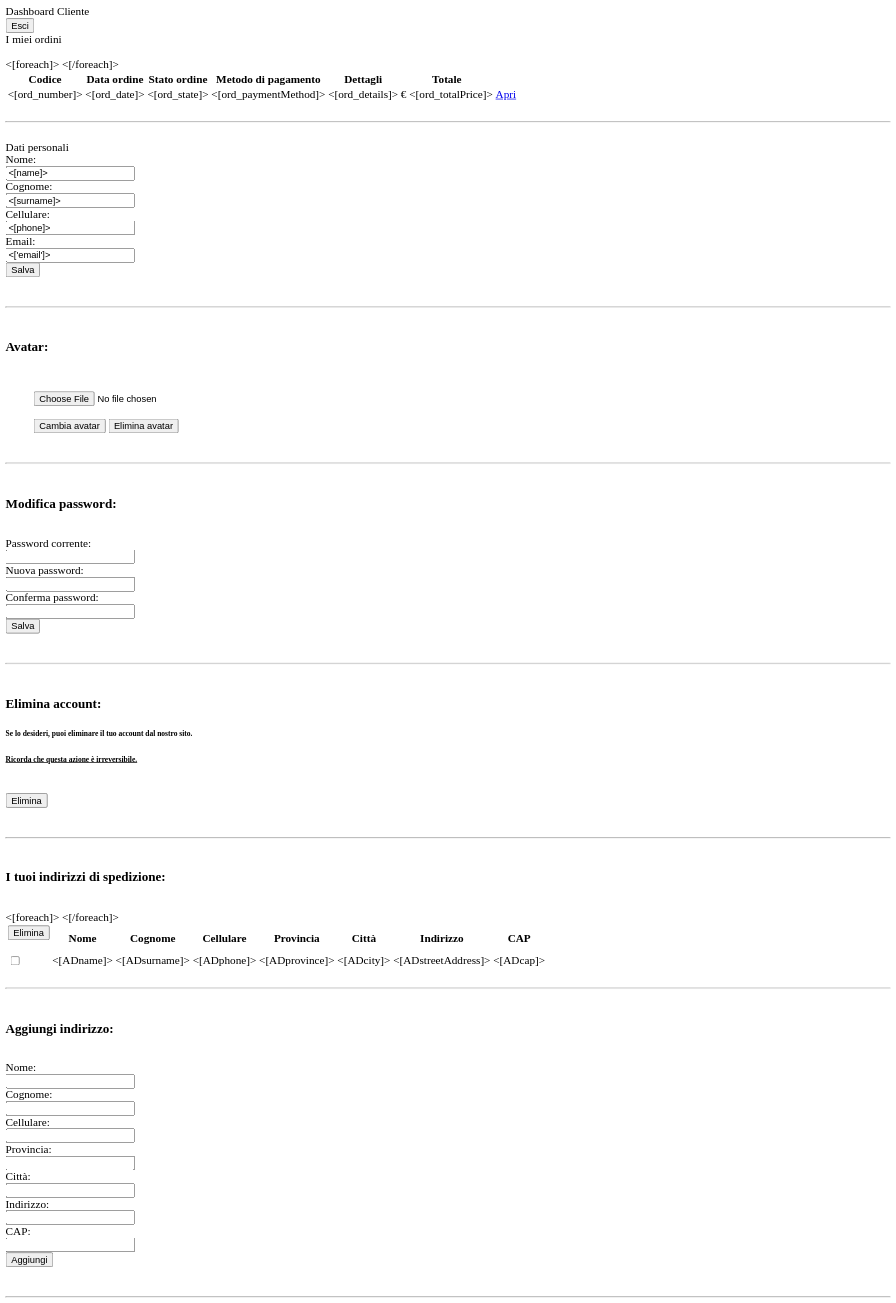
Repository: i4c0ni99/MotorShop
Page: skins/motor-html-package/motor/profile.html
An editor plug-in stored every save of this project. The page is shown before and after a run of saves, followed by the edit.
The browser window is 1280 px wide. The pictures show the whole page, at 70% of full size.

Above is the page before, as saved 2024-09-29 16:18:37.

### skins/motor-html-package/motor/profile.html
<div class="mv-site">
    <section class="main-banner mv-wrap">
        <section data-image-src="images/background/demo_bg_1920x1680.png" class="mv-banner-style-1 mv-bg-overlay-dark overlay-0-85 mv-parallax">
            <div class="page-name mv-caption-style-6">
                <div class="container">
                    <div class="mv-title-style-9"><span class="main">Dashboard Cliente</span></div>
                </div>
            </div>
        </section>
    </section>
    <!-- .main-banner -->

    <section class="mv-main-body checkout-main mv-bg-gray mv-wrap">
        <div class="container">

            <button class = .mv-btn-style-1.responsive-btn-1-type-5 action = "logout.php"> Esci </button>

            <div class="checkout-block block-billing-address mv-mb-50">
                <div class="mv-form-style-2 mv-box-shadow-gray-1">
                    <div class="row">
                        <div class="col-sm-12 col-billing-address">
                            <div class="form-header">
                                <div class="mv-title-style-13">
                            <div class="text-main">I miei ordini</div>
                            </div>
                            </div>
<br>
<div class="table-responsive table-desi">
    <table class="all-package coupon-table table table-striped">
        <thead>
            <tr>
                <th>Codice</th>
                <th>Data ordine</th>
                <th>Stato ordine</th>
                <th>Metodo di pagamento</th>
                <th>Dettagli</th>
                <th>Totale</th>
                <th></th>
            </tr>
        </thead>
        <tbody>
            <[foreach]>
                <tr>
                    <td><[ord_number]></td>
                    <td><[ord_date]></td>
                    <td><[ord_state]></td>
                    <td><[ord_paymentMethod]></td>
                    <td><[ord_details]></td>
                    <td>€ <[ord_totalPrice]></td>
                    <td><a href="/MotorShop/my-orders.php?id=<[ord_id]>" class="btn btn-primary">Apri</a></td>
                </tr>
            <[/foreach]>
        </tbody>
    </table>
</div>
<br>
<hr>
<br>
                            <form class="needs-validation edit-details-form" novalidate method="post" action="/MotorShop/editCustomerProfile.php">
                                <div class="form-header">
                                    <div class="mv-title-style-13">
                                        <div class="text-main">Dati personali</div>
                                    </div>
                                </div>
                                <!-- .form-header -->
                                <div class="form">
                                    <div class="form-group mb-3 row">
                                        <label for="name" class="col-xl-3 col-sm-4 mb-0">Nome:</label>
                                        <div class="col-xl-8 col-sm-7">
                                            <input type="text" id="name" name="name" minlength="2" value="<[name]>" placeholder="<[name]>" required="true">
                                        </div>
                                    </div>
                                    <div class="form-group mb-3 row">
                                        <label for="surname" class="col-xl-3 col-sm-4 mb-0">Cognome:</label>
                                        <div class="col-xl-8 col-sm-7">
                                            <input type="text" id="surname" name="surname" minlength="2" value="<[surname]>" placeholder="<[surname]>" required="true">
                                        </div>
                                    </div>
                                    <div class="form-group mb-3 row">
                                        <label for="phone" class="col-xl-3 col-sm-4 mb-0">Cellulare:</label>
                                        <div class="col-xl-8 col-sm-7">
                                            <input type="text" id="phone" name="phone" pattern="[3]{1}[0-9]{9}" minlength="10" value="<[phone]>" placeholder="<[phone]>"" required="true">
                                        </div>
                                    </div>
                                    <div class="form-group mb-3 row">
                                        <label for="email" class="col-xl-3 col-sm-4 mb-0">Email:</label>
                                        <div class="col-xl-8 col-sm-7">
                                            <input type="text" id="email" name="email" minlength="6" value="<['email']>" placeholder="<[email]>" required readonly>
                                        </div>
                                    </div>
                                    <div class="offset-xl-3 offset-sm-4 mt-4">
                                        <input type="submit" value="Salva" name="edit-details-button" class="btn btn-primary">
                                    </div>
                                </div>
                                <!-- .form-body -->
                            </form>
                            <br>
                            <hr>
                            <br>
                            <h3><b>Avatar:</b></h3>
                            <br>
                            <form class="needs-validation add-avatar-form" novalidate method="post" action="/MotorShop/editCustomerProfile.php" enctype="multipart/form-data">
                                <div class="row product-adding">
                                    <div class="add-product">
                                        <div class="row">
                                            <div class="col-xl-3 xl-50 col-sm-6 col-3">
                                                <ul class="file-upload-product">
                                                    <div class="box-input-file">
                                                        <input class="upload" type="file" name="avatar">
                                                        <i class="fa fa-plus"></i>
                                                    </div>
                                                    <br>
                                                    <input type="submit" value="Cambia avatar" name="edit-avatar-button" class="btn btn-primary">
                                                    <input type="submit" value="Elimina avatar" name="delete-avatar-button" class="btn btn-primary">
                                                </ul>
                                            </div>
                                        </div>
                                    </div>
                                </div>
                            </form>
                            <br>
                            <hr>
                            <br>
                            <h3><b>Modifica password:</b></h3>
                            <br>
                            <form class="needs-validation add-product-form" novalidate method="post" action="/MotorShop/editCustomerProfile.php">
                                <div class="form">
                                    <div class="form-group mb-3 row">
                                        <label for="currentpassword" class="col-xl-3 col-sm-4 mb-0">Password corrente:</label>
                                        <div class="col-xl-8 col-sm-7">
                                            <input class="form-control" id="currentpassword" type="password" name="currentpassword" required>
                                        </div>
                                    </div>
                                    <div class="form-group mb-3 row">
                                        <label for="newpassword" class="col-xl-3 col-sm-4 mb-0">Nuova password:</label>
                                        <div class="col-xl-8 col-sm-7">
                                            <input type="password" id="newpassword" pattern="(?=.*\d)(?=.*[\W_]).{7,}" minlength="7" name="newpassword" required>
                                        </div>
                                    </div>
                                    <div class="form-group mb-3 row">
                                        <label for="confirmpassword" class="col-xl-3 col-sm-4 mb-0">Conferma password:</label>
                                        <div class="col-xl-8 col-sm-7">
                                            <input type="password" id="confirmpassword" pattern="(?=.*\d)(?=.*[\W_]).{7,}" minlength="7" name="confirmpassword" required>
                                        </div>
                                    </div>
                                    <div class="offset-xl-3 offset-sm-4 mt-4">
                                        <input type="submit" value="Salva" name="change-pass-button" class="btn btn-primary">
                                    </div>
                                </div>
                            </form>
                            <br>
                            <hr>
                            <br>
                            <h3><b>Elimina account:</b></h3>
                            <h6>Se lo desideri, puoi eliminare il tuo account dal nostro sito.</h6>
                            <h6><u><b>Ricorda che questa azione è irreversibile.</b></u></h6>
                            <br>
                            <form class="needs-validation add-product-form" novalidate method="post" action="/MotorShop/editCustomerProfile.php">
                                <input type="submit" value="Elimina" name="delete-account-button" class="btn btn-primary">
                            </form>
                            <br>
                            <hr>
                            <br>
                            <h3><b>I tuoi indirizzi di spedizione:</b></h3>
                            <br>
                            <div class="table-responsive table-desi">
                                <table class="all-package coupon-table table table-striped">
                                    <thead>
                                        <tr>
                                            <th>
                                                <form class="needs-validation delete-address-form" novalidate method="post" action="/MotorShop/editCustomerProfile.php">
                                                    <input type="submit" class="btn btn-primary add-row delete_all" name="delete-address-button" value="Elimina">
                                                </form>
                                            </th>
                                            <th>Nome</th>
                                            <th>Cognome</th>
                                            <th>Cellulare</th>
                                            <th>Provincia</th>
                                            <th>Città</th>
                                            <th>Indirizzo</th>
                                            <th>CAP</th>
                                        </tr>
                                    </thead>
                                    <tbody>
                                        <[foreach]>
                                            <tr data-row-id="<['id']>">
                                                <td>
                                                    <input class="checkbox_animated check-it" type="checkbox" name="check" value="<['id']>" id="flexCheckDefault" data-id="1">
                                                </td>
                                                <td><[ADname]></td>
                                                <td><[ADsurname]></td>
                                                <td><[ADphone]></td>
                                                <td><[ADprovince]></td>
                                                <td><[ADcity]></td>
                                                <td><[ADstreetAddress]></td>
                                                <td><[ADcap]></td>
                                            </tr>
                                        <[/foreach]>
                                    </tbody>
                                </table>
                            </div>
                            <br>
                            <hr>
                            <br>
                            <h3><b>Aggiungi indirizzo:</b></h3>
                            <br>
                            <form class="needs-validation add-product-form" novalidate method="post" action="/MotorShop/editCustomerProfile.php">
                                <div class="form">
                                    <div class="form-group mb-3 row">
                                        <label for="name" class="col-xl-3 col-sm-4 mb-0">Nome:</label>
                                        <div class="col-xl-8 col-sm-7">
                                            <input type="text" id="name" name="name" minlength="2" required="true">
                                        </div>
                                    </div>
                                    <div class="form-group mb-3 row">
                                        <label for="surname" class="col-xl-3 col-sm-4 mb-0">Cognome:</label>
                                        <div class="col-xl-8 col-sm-7">
                                            <input type="text" id="surname" name="surname" minlength="2" required="true">
                                        </div>
                                    </div>
                                    <div class="form-group mb-3 row">
                                        <label for="phone" class="col-xl-3 col-sm-4 mb-0">Cellulare:</label>
                                        <div class="col-xl-8 col-sm-7">
                                            <input type="text" id="phone" name="phone" pattern="[3]{1}[0-9]{9}" minlength="10" required="true">
                                        </div>
                                    </div>
                                    <div class="form-group mb-3 row">
                                        <label for="province" class="col-xl-3 col-sm-4 mb-0">Provincia:</label>
                                        <div class="col-xl-8 col-sm-7">
                                            <input type="text" id="province" name="province" minlength="2" required="true">
                                        </div>
                                    </div>
                                    <div class="form-group mb-3 row">
                                        <label for="city" class="col-xl-3 col-sm-4 mb-0">Città:</label>
                                        <div class="col-xl-8 col-sm-7">
                                            <input type="text" id="city" name="city" required="true" minlength="2">
                                        </div>
                                    </div>
                                    <div class="form-group mb-3 row">
                                        <label for="streetAddress" class="col-xl-3 col-sm-4 mb-0">Indirizzo:</label>
                                        <div class="col-xl-8 col-sm-7">
                                            <input type="text" id="streetAddress" name="streetAddress" minlength="3" required="true">
                                        </div>
                                    </div>
                                    <div class="form-group mb-3 row">
                                        <label for="cap" class="col-xl-3 col-sm-4 mb-0">CAP:</label>
                                        <div class="col-xl-8 col-sm-7">
                                            <input type="text" id="cap" name="cap" pattern="[0-9]{5}" required="true">
                                        </div>
                                    </div>
                                    <div class="offset-xl-3 offset-sm-4 mt-4">
                                        <input type="submit" value="Aggiungi" name="add-address-button" class="btn btn-primary">
                                    </div>
                                </div>
                                <!-- .form-body -->
                            </form>
                            <br>
                            <hr>
                        </div>
                    </div>
                </div>
            </div>
        </div>
    </section>
    <!-- .checkout-main -->
</div>
<!-- .mv-site -->

After the next 2 saves:
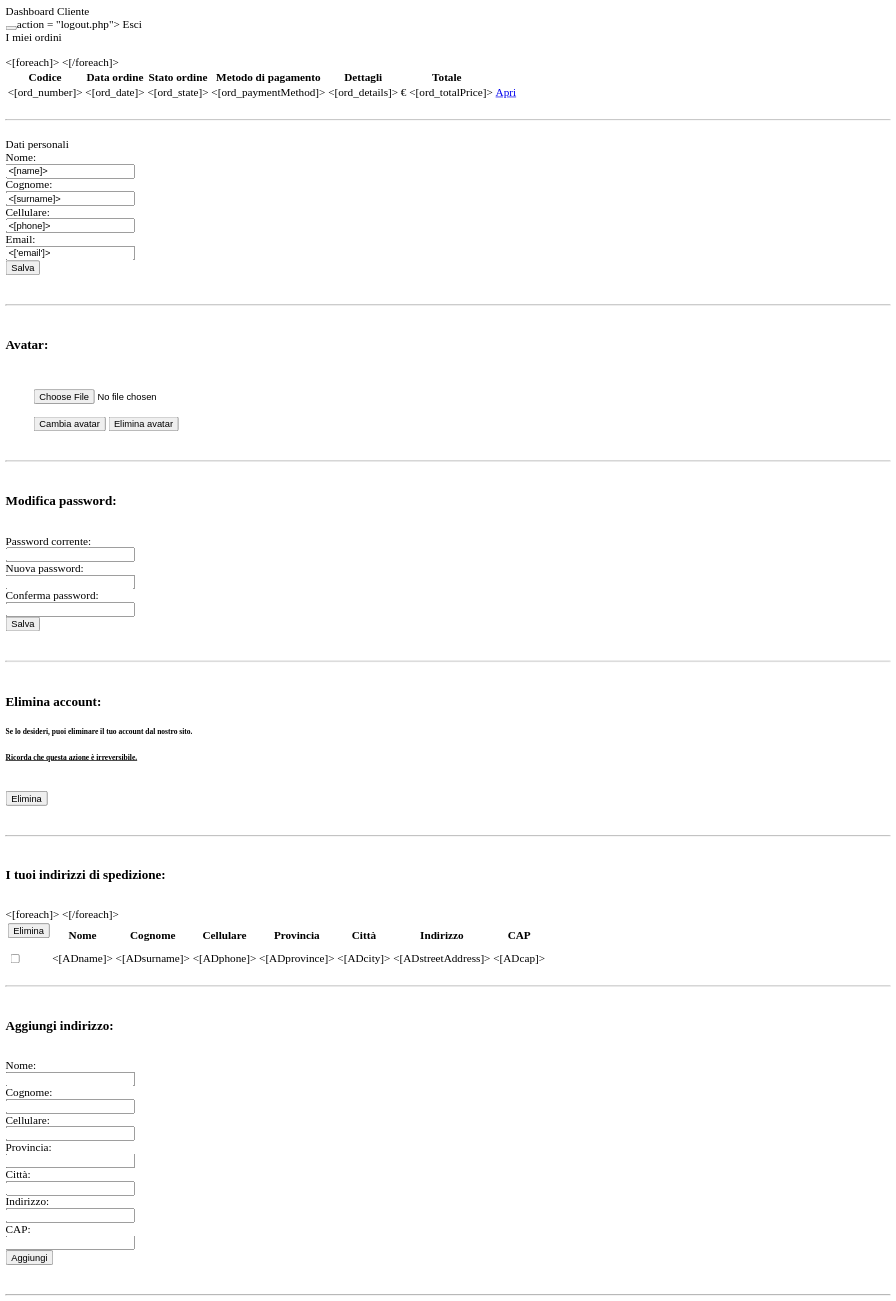
The 2 saves are shown as one change because they came seconds apart.
The last was saved 8 s later.
--- a/skins/motor-html-package/motor/profile.html
+++ b/skins/motor-html-package/motor/profile.html
@@ -13,7 +13,9 @@
     <section class="mv-main-body checkout-main mv-bg-gray mv-wrap">
         <div class="container">
 
-            <button class = .mv-btn-style-1.responsive-btn-1-type-5 action = "logout.php"> Esci </button>
+            <button class = .mv-btn-style-1.responsive-btn-1-type-5 >
+
+            </button>action = "logout.php"> Esci </button>
 
             <div class="checkout-block block-billing-address mv-mb-50">
                 <div class="mv-form-style-2 mv-box-shadow-gray-1">
